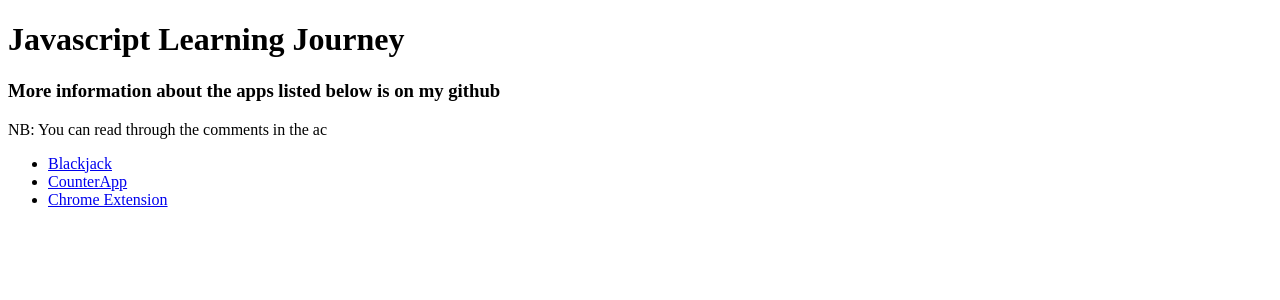
Repository: Siphamandla201/Javascript-Journey
Page: index.html
These files come from the project's save history. The page is drawn as it stood at one moment and after the next save; the edit follows.
The browser window is 1280 px wide. The pictures show the whole page.

Above is the page before, as saved 2023-07-27 16:15:30.

### index.html
<!DOCTYPE html>
<html lang="en">
<head>
    <meta charset="UTF-8">
    <meta name="viewport" content="width=device-width, initial-scale=1.0">
    <title>Document</title>
</head>
<body>
    <h1>
        Javascript Learning Journey
    </h1>
    <h3>
        More information about the apps listed below is on my github
    </h3>
    <p>NB: You can read through the comments in the ac</p>
    <ul>
        <li><a href="./Blackjack/Blackjack.html">Blackjack</a></li>
        <li><a href="./CounterApp/Counter.html">CounterApp</a></li>
        <li><a href="./Extension/Index.html">Chrome Extension</a></li>
    </ul>
</body>
</html>

After the next save:
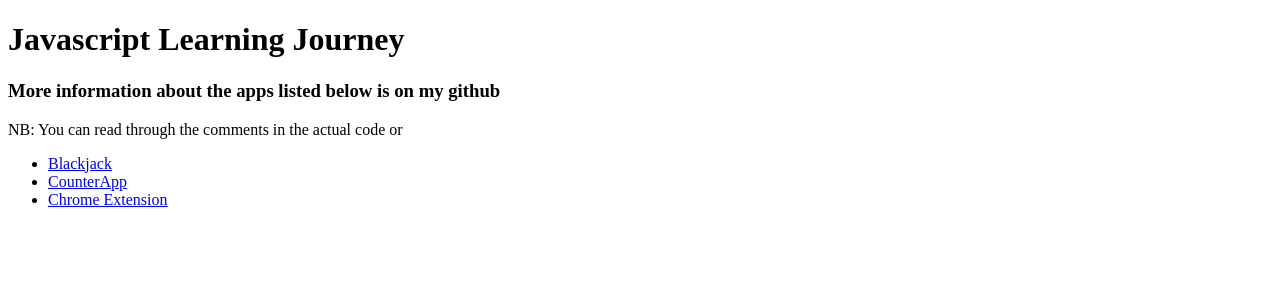
Saved 10 s later.
--- a/index.html
+++ b/index.html
@@ -12,7 +12,7 @@
     <h3>
         More information about the apps listed below is on my github
     </h3>
-    <p>NB: You can read through the comments in the ac</p>
+    <p>NB: You can read through the comments in the actual code or </p>
     <ul>
         <li><a href="./Blackjack/Blackjack.html">Blackjack</a></li>
         <li><a href="./CounterApp/Counter.html">CounterApp</a></li>
